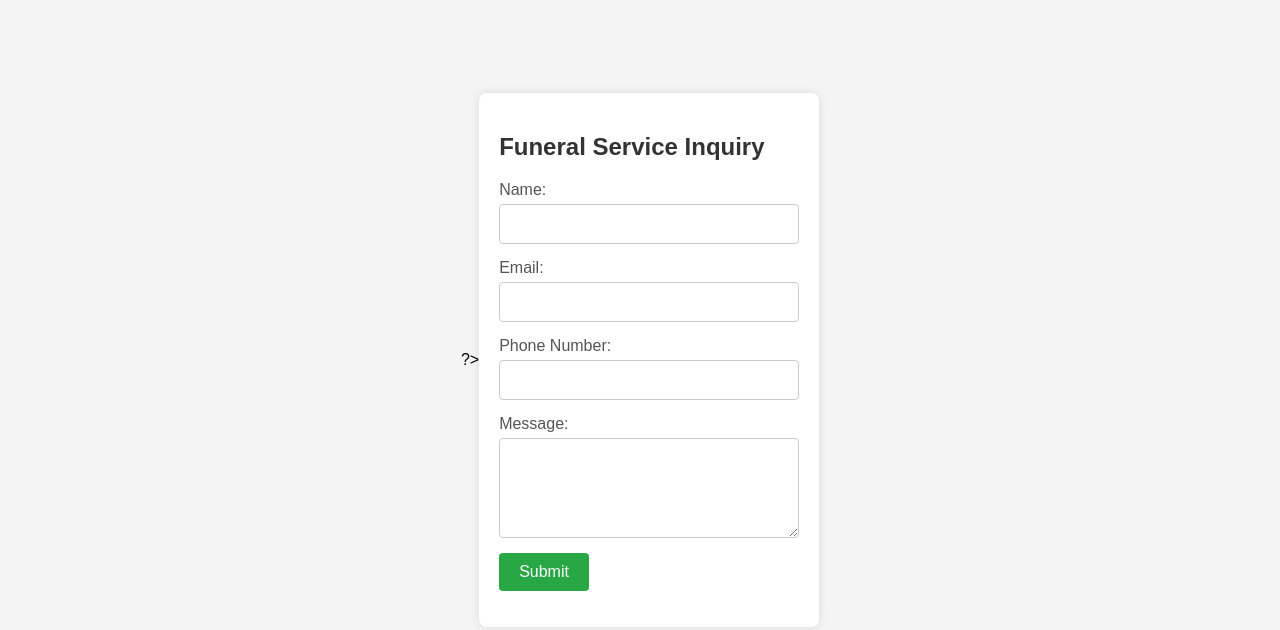
Repository: Jamil-cyber-hash/INSANITY
Page: http://localhost/inquiry.php
An editor plug-in stored every save of this project. The page is shown before and after the next save, followed by the edit.
The browser window is 1280 px wide. The pictures show the whole page.
The page is run by PHP 8.4 with error messages shown; the project is at /var/www/html/.

Above is the page before, as saved 2025-03-23 18:22:33.

### inquiry.php

?>
<!DOCTYPE html>
<html lang="en">
<head>
    <meta charset="UTF-8">
    <meta name="viewport" content="width=device-width, initial-scale=1.0">
    <title>Funeral Service Inquiry</title>
    <style>
        body {
            font-family: Arial, sans-serif;
            background-color: #f4f4f4;
            margin: 0;
            padding: 0;
            display: flex;
            justify-content: center;
            align-items: center;
            height: 100vh;
        }
        .form-container {
            background-color: #fff;
            padding: 20px;
            border-radius: 8px;
            box-shadow: 0 0 10px rgba(0, 0, 0, 0.1);
            width: 300px;
        }
        .form-container h2 {
            margin-bottom: 20px;
            font-size: 24px;
            color: #333;
        }
        .form-container label {
            display: block;
            margin-bottom: 5px;
            color: #555;
        }
        .form-container input[type="text"],
        .form-container input[type="email"],
        .form-container textarea {
            width: 100%;
            padding: 10px;
            margin-bottom: 15px;
            border: 1px solid #ccc;
            border-radius: 4px;
            font-size: 16px;
        }
        .form-container textarea {
            resize: vertical;
            height: 100px;
        }
        .form-container input[type="submit"] {
            background-color: #28a745;
            color: #fff;
            border: none;
            padding: 10px 20px;
            border-radius: 4px;
            cursor: pointer;
            font-size: 16px;
        }
        .form-container input[type="submit"]:hover {
            background-color: #218838;
        }
    </style>
</head>
<body>
    <div class="form-container">
        <h2>Funeral Service Inquiry</h2>
        <form action="submit_form.php" method="post">
            <label for="name">Name:</label>
            <input type="text" id="name" name="name" required>

            <label for="email">Email:</label>
            <input type="email" id="email" name="email" required>

            <label for="phone">Phone Number:</label>
            <input type="text" id="phone" name="phone" required>

            <label for="message">Message:</label>
            <textarea id="message" name="message" required></textarea>

            <input type="submit" value="Submit">
        </form>
    </div>
</body>
</html>

After the next save:
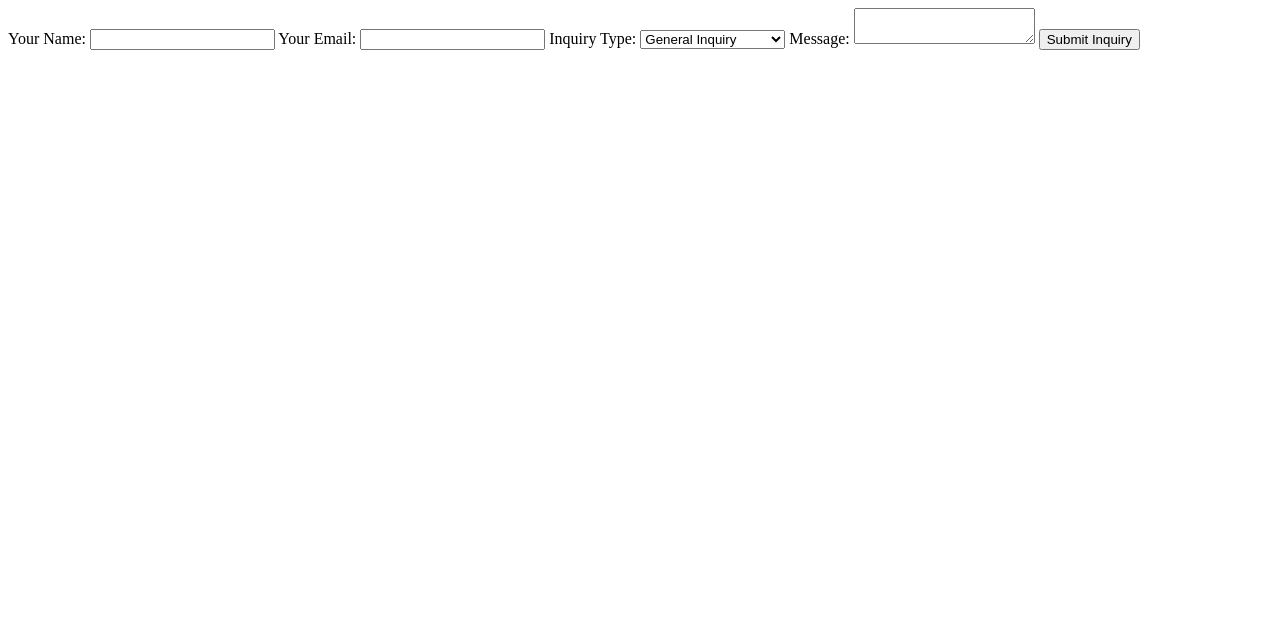
Saved 2 h 51 min later.
--- a/inquiry.php
+++ b/inquiry.php
@@ -1,85 +1,18 @@
+<form action="submit_inquiry.php" method="POST">
+    <label for="name">Your Name:</label>
+    <input type="text" id="name" name="name" required>
 
-?>
-<!DOCTYPE html>
-<html lang="en">
-<head>
-    <meta charset="UTF-8">
-    <meta name="viewport" content="width=device-width, initial-scale=1.0">
-    <title>Funeral Service Inquiry</title>
-    <style>
-        body {
-            font-family: Arial, sans-serif;
-            background-color: #f4f4f4;
-            margin: 0;
-            padding: 0;
-            display: flex;
-            justify-content: center;
-            align-items: center;
-            height: 100vh;
-        }
-        .form-container {
-            background-color: #fff;
-            padding: 20px;
-            border-radius: 8px;
-            box-shadow: 0 0 10px rgba(0, 0, 0, 0.1);
-            width: 300px;
-        }
-        .form-container h2 {
-            margin-bottom: 20px;
-            font-size: 24px;
-            color: #333;
-        }
-        .form-container label {
-            display: block;
-            margin-bottom: 5px;
-            color: #555;
-        }
-        .form-container input[type="text"],
-        .form-container input[type="email"],
-        .form-container textarea {
-            width: 100%;
-            padding: 10px;
-            margin-bottom: 15px;
-            border: 1px solid #ccc;
-            border-radius: 4px;
-            font-size: 16px;
-        }
-        .form-container textarea {
-            resize: vertical;
-            height: 100px;
-        }
-        .form-container input[type="submit"] {
-            background-color: #28a745;
-            color: #fff;
-            border: none;
-            padding: 10px 20px;
-            border-radius: 4px;
-            cursor: pointer;
-            font-size: 16px;
-        }
-        .form-container input[type="submit"]:hover {
-            background-color: #218838;
-        }
-    </style>
-</head>
-<body>
-    <div class="form-container">
-        <h2>Funeral Service Inquiry</h2>
-        <form action="submit_form.php" method="post">
-            <label for="name">Name:</label>
-            <input type="text" id="name" name="name" required>
+    <label for="email">Your Email:</label>
+    <input type="email" id="email" name="email" required>
 
-            <label for="email">Email:</label>
-            <input type="email" id="email" name="email" required>
+    <label for="inquiry_type">Inquiry Type:</label>
+    <select id="inquiry_type" name="inquiry_type" required>
+        <option value="General">General Inquiry</option>
+        <option value="Obituary">Obituary Submission</option>
+    </select>
 
-            <label for="phone">Phone Number:</label>
-            <input type="text" id="phone" name="phone" required>
+    <label for="message">Message:</label>
+    <textarea id="message" name="message" required></textarea>
 
-            <label for="message">Message:</label>
-            <textarea id="message" name="message" required></textarea>
-
-            <input type="submit" value="Submit">
-        </form>
-    </div>
-</body>
-</html>
+    <button type="submit">Submit Inquiry</button>
+</form>
